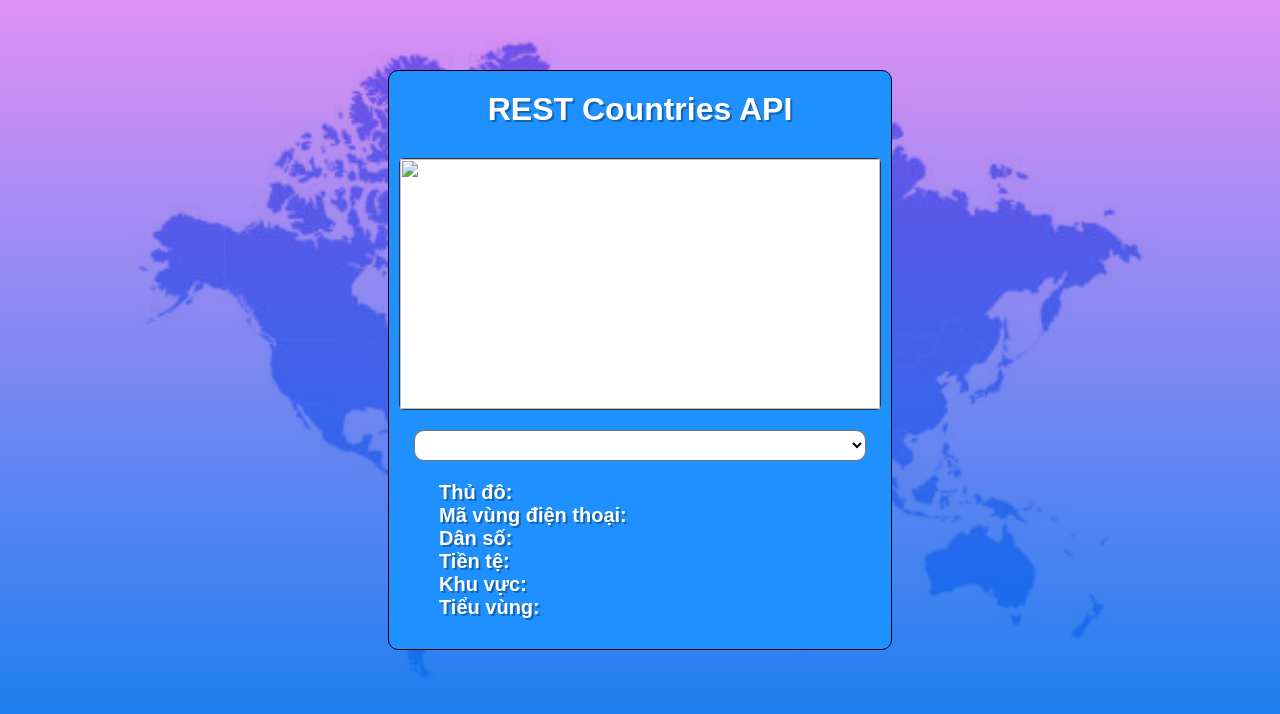
Repository: KhoaTran204/Rest-countries-api-app
Page: index.html
An editor plug-in stored every save of this project. The page is shown before and after the next save, followed by the edit.
The browser window is 1280 px wide. The pictures show the whole page.
The page's requests for data from a server got no answer.

Above is the page before, as saved 2024-04-14 09:20:17.

After the next save:
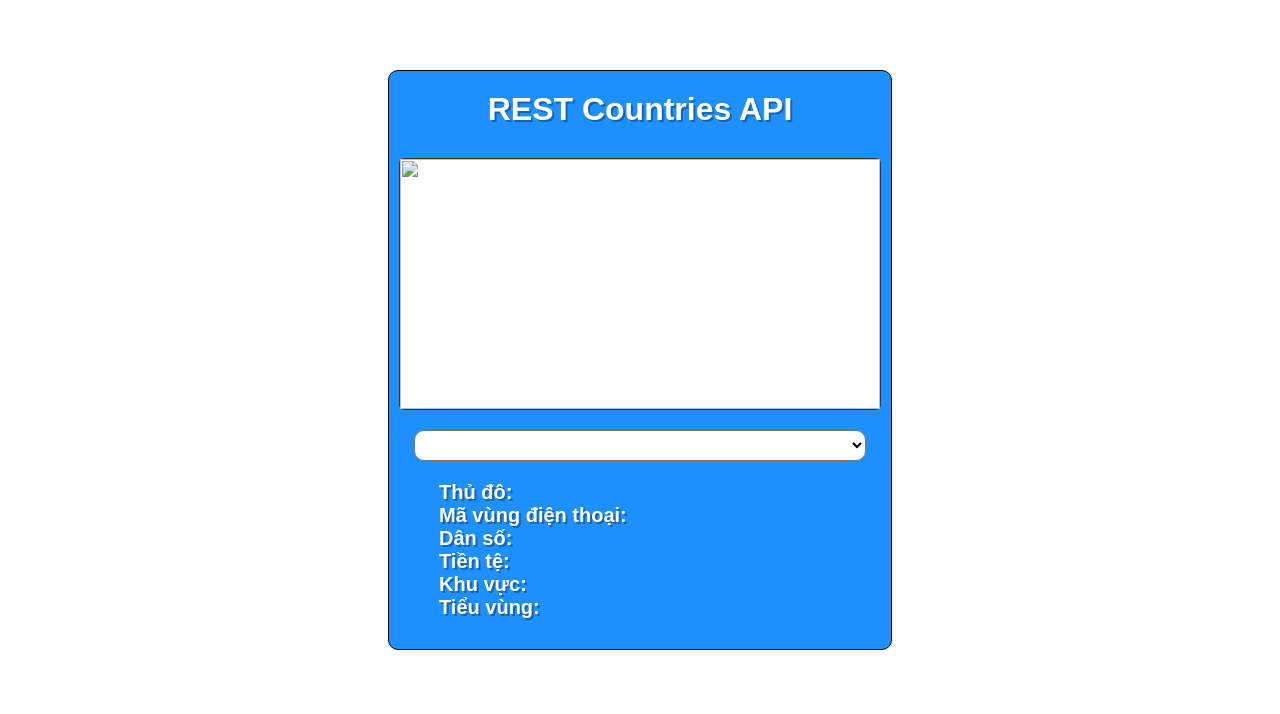
Saved 9 s later.
--- a/style.css
+++ b/style.css
@@ -16,8 +16,7 @@ body {
   background-size: cover; */
   background: linear-gradient(
       to top,
-      rgba(4, 113, 239, 0.9),
-      rgba(191, 35, 235, 0.5)
+      rgba(191, 35, 235, 0.5) rgba(4, 113, 239, 0.9)
     ),
     url(anh/bando.jpg) no-repeat center/cover;
 }
